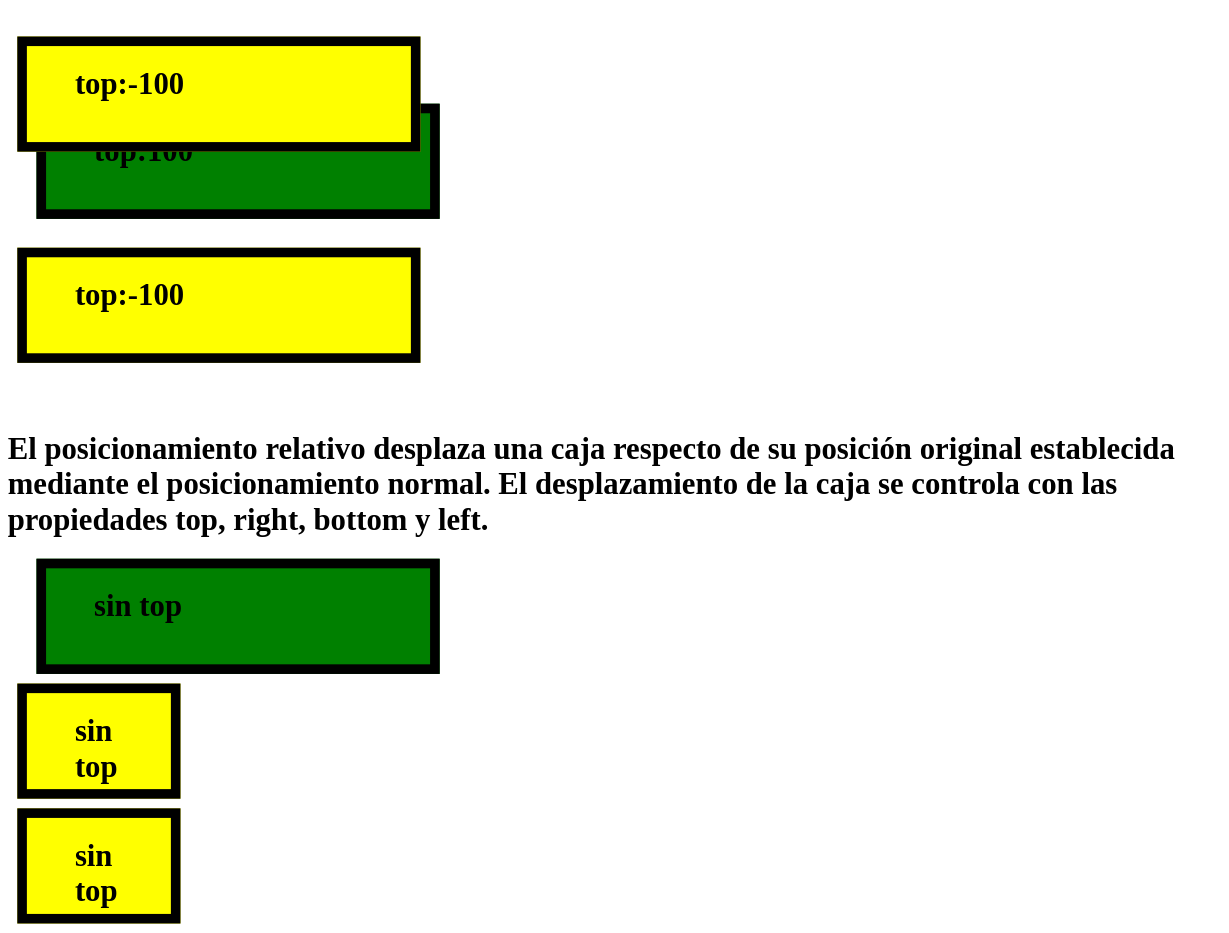
Repository: antonio63j/misNotas
Page: software/CSS/Demos/aptana_proyect/src/relativo.html
An editor plug-in stored every save of this project. The page is shown before and after the next save, followed by the edit.
The browser window is 1280 px wide. The pictures show the whole page, at 96% of full size.

Above is the page before, as saved 2017-04-23 17:07:35.

After the next save:
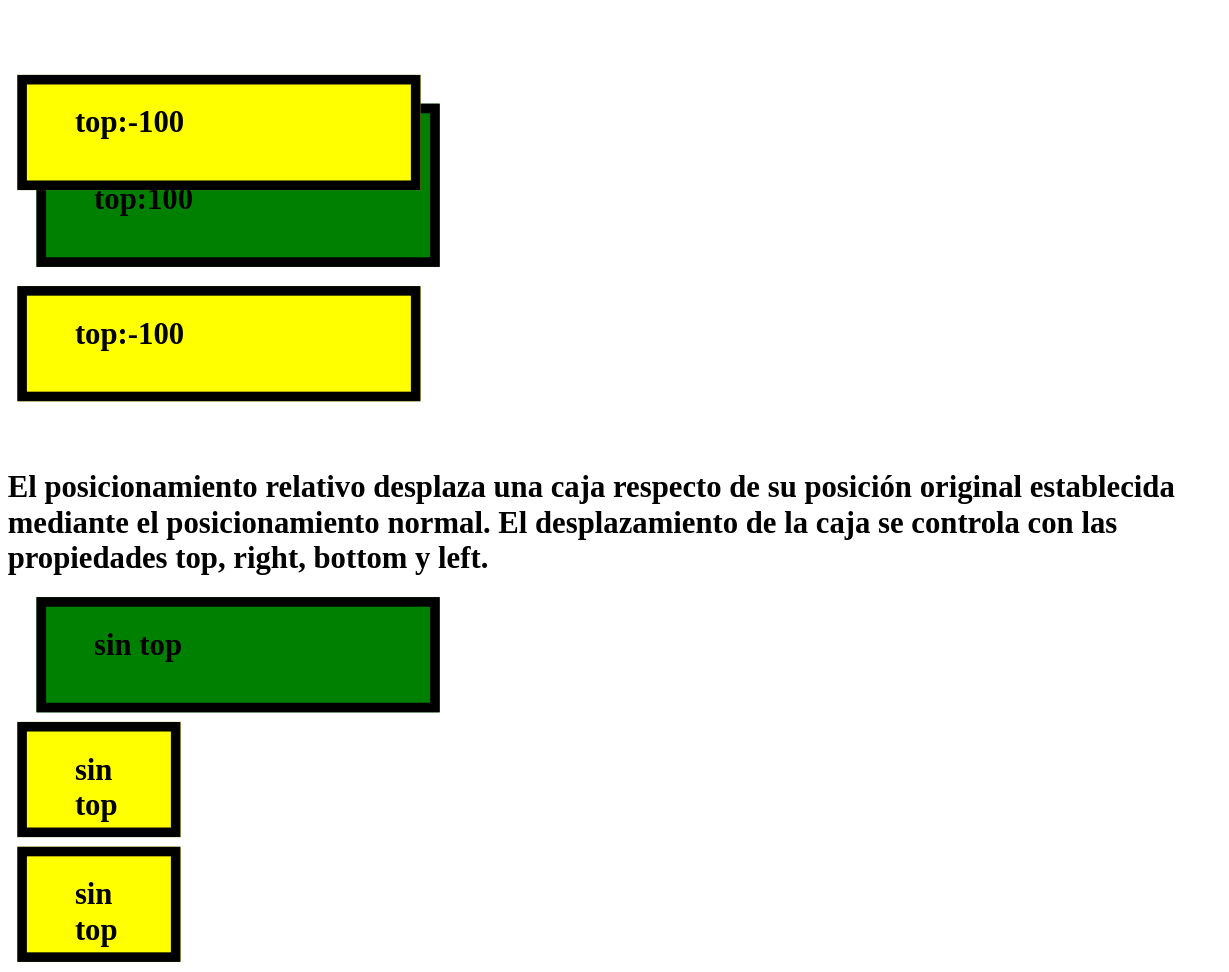
Saved 60 s later.
--- a/software/CSS/Demos/aptana_proyect/src/relativo.html
+++ b/software/CSS/Demos/aptana_proyect/src/relativo.html
@@ -14,7 +14,7 @@
   margin-left:   10px;
   margin-right:  10px;
   border: 10px solid black;
-  margin-bottom:10px;
+  padding-top: 50px;
   background-color:green;
 }
 
